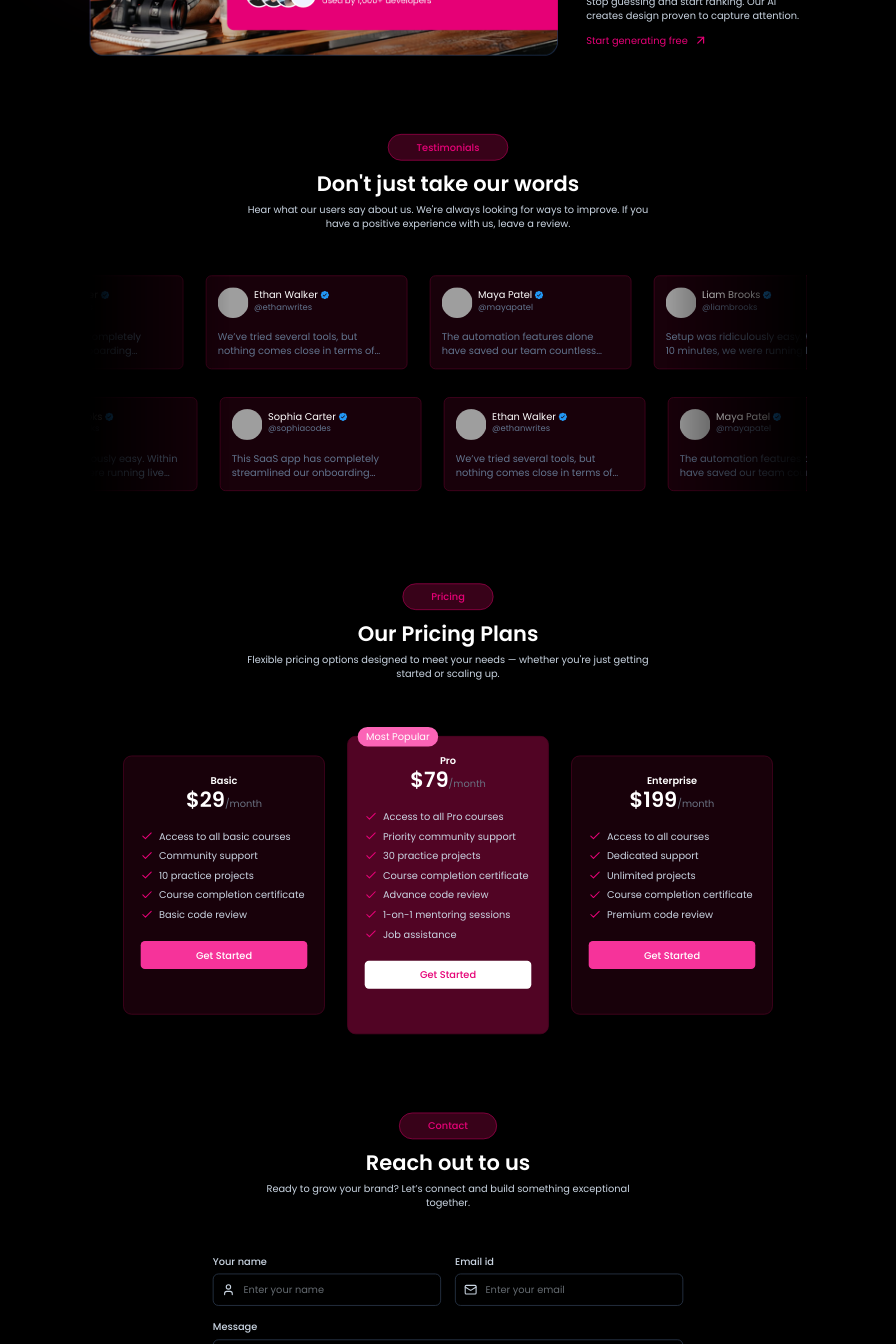
Repository: abhiraj33181/Thumblify
Page: / (app in client/)
An editor plug-in stored every save of this project. The page is shown before and after the next save, followed by the edit.
The browser window is 1280 px wide. The pictures show the part of the page from y = 2518 to 4438 px (the page is 5422 px tall before and 5402 px after), at 70% of full size.
Pictures or frames that could not be fetched are drawn as grey boxes. The project was rebuilt for these pictures with package versions that can differ from the ones it lists, and the page was loaded fresh each time. Also part of the build but not shown: client/vite.config.ts.

Above is the page before, as saved 2026-01-08 09:44:02.

### client/index.html
<!doctype html>
<html lang="en">

<head>
    <meta charset="UTF-8" />
    <link rel="icon" href="/favicon.svg" type="image/x-icon" />
    <meta name="viewport" content="width=device-width, initial-scale=1.0" />
    <title>Thumblify - AI Thumbnail Generator</title>
</head>

<body>
    <div id="root"></div>
    <script type="module" src="/src/main.jsx"></script>
</body>

</html>

### client/src/main.tsx
import { createRoot } from 'react-dom/client'
import App from './App.js'
import { BrowserRouter } from 'react-router-dom'

createRoot(document.getElementById('root')!).render(
    <BrowserRouter>
        <App />
    </BrowserRouter>,
)

### client/src/App.tsx
import { Route, Routes } from "react-router-dom";
import HomePage from "./pages/HomePage";
import Navbar from "./components/Navbar";
import Footer from "./components/Footer";
import "./globals.css";
import LenisScroll from "./components/LenisScroll";

export default function App() {
    return (
        <>
            <LenisScroll />
            <Navbar />
            <Routes>
                <Route path="/" element={<HomePage />} />
            </Routes>
            <Footer />
        </>
    );
}

### client/src/pages/HomePage.tsx
import HeroSection from "../sections/HeroSection";
import FeaturesSection from "../sections/FeaturesSection";
import TestimonialSection from "../sections/TestimonialSection";
import PricingSection from "../sections/PricingSection";
import ContactSection from "../sections/ContactSection";
import CTASection from "../sections/CTASection";

export default function HomePage() {
    return (
        <>
            <HeroSection />
            <FeaturesSection />
            <TestimonialSection />
            <PricingSection />
            <ContactSection />
            <CTASection />
        </>
    );
}

### client/src/globals.css
@import url('https://fonts.googleapis.com/css2?family=Poppins:ital,wght@0,100;0,200;0,300;0,400;0,500;0,600;0,700;0,800;0,900;1,100;1,200;1,300;1,400;1,500;1,600;1,700;1,800;1,900&display=swap');
@import "tailwindcss";

@theme {
    --font-poppins: "Poppins", sans-serif;
}

body {
    @apply bg-black text-white text-sm antialiased font-poppins;
}

body::selection {
    @apply bg-pink-600 text-white;
}

button {
    @apply cursor-pointer;
}

.move-gradient {
    background-image: linear-gradient(to right, var(--color-pink-500), var(--color-pink-300));
    background-size: 200% 100%;
    animation: movegradient 5s infinite;
}

@keyframes movegradient {
    0% {
        background-position: 0% 50%;
    }
    50% {
        background-position: 100% 50%;
    }
    100% {
        background-position: 0% 50%;
    }
}

### client/src/components/LenisScroll.tsx
import { useEffect } from "react";
import Lenis from "lenis";

export default function LenisScroll() {
    useEffect(() => {
        const lenis = new Lenis({
            duration: 1.2,
            smoothWheel: true,
            anchors: {
                offset: -100,
            },
        });

        const raf = (time: number) => {
            lenis.raf(time);
            requestAnimationFrame(raf);
        };

        requestAnimationFrame(raf);

        return () => {
            lenis.destroy();
        };
    }, []);

    return null;
}

### client/src/sections/TestimonialSection.tsx
import SectionTitle from "../components/SectionTitle";
import TestimonialCard from "../components/TestimonialCard";
import { testimonialsData } from "../data/testimonial";
import type { ITestimonial } from "../types";
import Marquee from "react-fast-marquee";

export default function TestimonialSection() {
    return (
        <div id="testimonials" className="px-4 md:px-16 lg:px-24 xl:px-32">
            <SectionTitle text1="Testimonials" text2="Don't just take our words" text3="Hear what our users say about us. We're always looking for ways to improve. If you have a positive experience with us, leave a review." />

            <Marquee className="max-w-5xl mx-auto mt-11" gradient={true} speed={25} gradientColor="#000">
                <div className="flex items-center justify-center py-5 overflow-hidden">
                    {[...testimonialsData, ...testimonialsData].map((testimonial: ITestimonial, index: number) => (
                        <TestimonialCard key={index} index={index} testimonial={testimonial} />
                    ))}
                </div>
            </Marquee>
            <Marquee className="max-w-5xl mx-auto" gradient={true} speed={25} direction="right" gradientColor="#000">
                <div className="flex items-center justify-center py-5 overflow-hidden">
                    {[...testimonialsData, ...testimonialsData].map((testimonial: ITestimonial, index: number) => (
                        <TestimonialCard key={index} index={index} testimonial={testimonial} />
                    ))}
                </div>
            </Marquee>

        </div>
    );
}

### client/src/sections/PricingSection.tsx
'use client'
import SectionTitle from "../components/SectionTitle"
import { pricingData } from "../data/pricing";
import type { IPricing } from "../types";
import { CheckIcon } from "lucide-react";
import { motion } from "motion/react";

export default function PricingSection() {
    return (
        <div id="pricing" className="px-4 md:px-16 lg:px-24 xl:px-32">
            <SectionTitle text1="Pricing" text2="Our Pricing Plans" text3="Flexible pricing options designed to meet your needs — whether you're just getting started or scaling up." />

            <div className="flex flex-wrap items-center justify-center gap-8 mt-20">
                {pricingData.map((plan: IPricing, index: number) => (
                    <motion.div key={index} className={`w-72 text-center border border-pink-950 p-6 pb-16 rounded-xl ${plan.mostPopular ? 'bg-pink-950 relative' : 'bg-pink-950/30'}`}
                        initial={{ y: 150, opacity: 0 }}
                        whileInView={{ y: 0, opacity: 1 }}
                        viewport={{ once: true }}
                        transition={{ delay: index * 0.15, type: "spring", stiffness: 320, damping: 70, mass: 1 }}
                    >
                        {plan.mostPopular && (
                            <p className="absolute px-3 text-sm -top-3.5 left-3.5 py-1 bg-pink-400 rounded-full">Most Popular</p>
                        )}
                        <p className="font-semibold">{plan.name}</p>
                        <h1 className="text-3xl font-semibold">${plan.price}<span className="text-gray-500 font-normal text-sm">/{plan.period}</span></h1>
                        <ul className="list-none text-slate-300 mt-6 space-y-2">
                            {plan.features.map((feature, index) => (
                                <li key={index} className="flex items-center gap-2">
                                    <CheckIcon className="size-4.5 text-pink-600" />
                                    <p>{feature}</p>
                                </li>
                            ))}
                        </ul>
                        <button type="button" className={`w-full py-2.5 rounded-md font-medium mt-7 transition-all ${plan.mostPopular ? 'bg-white text-pink-600 hover:bg-slate-200' : 'bg-pink-500 hover:bg-pink-600'}`}>
                            Get Started
                        </button>
                    </motion.div>
                ))}
            </div>
        </div>
    );
}

### client/src/sections/CTASection.tsx
'use client'
import { motion } from "motion/react";

export default function CTASection() {
    return (
        <motion.div className="max-w-5xl py-16 mt-40 md:pl-20 md:w-full max-md:mx-4 md:mx-auto flex flex-col md:flex-row max-md:gap-6 items-center justify-between text-left bg-linear-to-b from-pink-900 to-pink-950 rounded-2xl p-6 text-white"
            initial={{ y: 150, opacity: 0 }}
            whileInView={{ y: 0, opacity: 1 }}
            viewport={{ once: true }}
            transition={{ type: "spring", stiffness: 320, damping: 70, mass: 1 }}
        >
            <div>
                <motion.h1 className="text-4xl md:text-[46px] md:leading-15 font-semibold bg-linear-to-r from-white to-pink-400 text-transparent bg-clip-text"
                    initial={{ y: 80, opacity: 0 }}
                    whileInView={{ y: 0, opacity: 1 }}
                    viewport={{ once: true }}
                    transition={{ type: "spring", stiffness: 280, damping: 70, mass: 1 }}
                >
                    Ready to try-out this app?
                </motion.h1>
                <motion.p className="bg-linear-to-r from-white to-pink-400 text-transparent bg-clip-text text-lg"
                    initial={{ y: 80, opacity: 0 }}
                    whileInView={{ y: 0, opacity: 1 }}
                    viewport={{ once: true }}
                    transition={{ type: "spring", stiffness: 200, damping: 70, mass: 1 }}
                >
                    Your next favourite tool is just one click away.
                </motion.p>
            </div>
            <motion.button className="px-12 py-3 text-slate-800 bg-white hover:bg-slate-200 rounded-full text-sm mt-4"
                initial={{ y: 80, opacity: 0 }}
                whileInView={{ y: 0, opacity: 1 }}
                viewport={{ once: true }}
                transition={{ type: "spring", stiffness: 280, damping: 70, mass: 1 }}
            >
                Get Started
            </motion.button>
        </motion.div>
    );
}

### client/src/data/footer.ts
import type { IFooter } from "../types";

export const footerData: IFooter[] = [
    {
        title: "Product",
        links: [
            { name: "Home", href: "#" },
            { name: "Support", href: "#support" },
            { name: "Pricing", href: "#pricing" },
            { name: "Affiliate", href: "#affiliate" },
        ]
    },
    {
        title: "Resources",
        links: [
            { name: "Company", href: "#company" },
            { name: "Blogs", href: "#blogs" },
            { name: "Community", href: "#community" },
            { name: "Careers", href: "#careers" },
            { name: "About", href: "#about" },
        ]
    },
    {
        title: "Legal",
        links: [
            { name: "Privacy", href: "#privacy" },
            { name: "Terms", href: "#terms" },
        ]
    }
];

### client/src/components/TiltImage.tsx
import { useRef, useState } from 'react';
import { motion, useMotionValue, useSpring } from 'motion/react';

const springValues = {
    damping: 30,
    stiffness: 100,
    mass: 2
};

export default function TiltedImage({ rotateAmplitude = 3, }) {
    const ref = useRef<HTMLDivElement>(null);
    const x = useMotionValue(0);
    const y = useMotionValue(0);
    const rotateX = useSpring(useMotionValue(0), springValues);
    const rotateY = useSpring(useMotionValue(0), springValues);
    const rotateFigcaption = useSpring(0, { stiffness: 350, damping: 30, mass: 1 });

    const [lastY, setLastY] = useState(0);

    function handleMouse(e: any) {
        if (!ref.current) return;

        const rect = ref.current.getBoundingClientRect();
        const offsetX = e.clientX - rect.left - rect.width / 2;
        const offsetY = e.clientY - rect.top - rect.height / 2;

        const rotationX = (offsetY / (rect.height / 2)) * -rotateAmplitude;
        const rotationY = (offsetX / (rect.width / 2)) * rotateAmplitude;

        rotateX.set(rotationX);
        rotateY.set(rotationY);

        x.set(e.clientX - rect.left);
        y.set(e.clientY - rect.top);

        const velocityY = offsetY - lastY;
        rotateFigcaption.set(-velocityY * 0.6);
        setLastY(offsetY);
    }

    function handleMouseLeave() {
        rotateX.set(0);
        rotateY.set(0);
        rotateFigcaption.set(0);
    }

    return (
        <motion.figure ref={ref} className="relative w-full h-full perspective-midrange mt-16 max-w-4xl mx-auto flex flex-col items-center justify-center" onMouseMove={handleMouse} onMouseLeave={handleMouseLeave}
            initial={{ y: 150, opacity: 0 }}
            whileInView={{ y: 0, opacity: 1 }}
            viewport={{ once: true }}
            transition={{ type: "spring", stiffness: 320, damping: 70, mass: 1 }}
        >
            <motion.div className="relative transform-3d w-full max-w-4xl" style={{ rotateX, rotateY }} >
                <motion.img src="/hero_img.png"
                    className="borderb bg-linear-180 from-pink-500 to transparent p-1 w-full rounded-[15px] will-change-transform transform-[translateZ(0)]"
                    alt="hero section showcase"
                />
            </motion.div>
        </motion.figure>
    );
}

### client/src/components/SectionTitle.tsx
import type { SectionTitleProps } from "../types";
import { motion } from "motion/react";

export default function SectionTitle({ text1, text2, text3 }: SectionTitleProps) {
    return (
        <>
            <motion.p className="text-center font-medium text-pink-600 mt-28 px-10 py-2 rounded-full bg-pink-950/70 border border-pink-800 w-max mx-auto"
                initial={{ y: 120, opacity: 0 }}
                whileInView={{ y: 0, opacity: 1 }}
                viewport={{ once: true }}
                transition={{ type: "spring", stiffness: 320, damping: 70, mass: 1 }}
            >
                {text1}
            </motion.p>
            <motion.h3 className="text-3xl font-semibold text-center mx-auto mt-4"
                initial={{ y: 120, opacity: 0 }}
                whileInView={{ y: 0, opacity: 1 }}
                viewport={{ once: true }}
                transition={{ type: "spring", stiffness: 280, damping: 70, mass: 1 }}
            >
                {text2}
            </motion.h3>
            <motion.p className="text-slate-300 text-center mt-2 max-w-xl mx-auto"
                initial={{ y: 120, opacity: 0 }}
                whileInView={{ y: 0, opacity: 1 }}
                viewport={{ once: true }}
                transition={{ type: "spring", stiffness: 240, damping: 70, mass: 1 }}
            >
                {text3}
            </motion.p>
        </>
    );
}

### client/src/data/features.tsx
import type { IFeature } from "../types";

export const featuresData: IFeature[] = [
    {
        icon: "/assets/zap-icon.svg",
        title: "Smart Analysis",
        description: "Our AI analyzes video content to suggest the most clickable concepts.",
    },
    {
        icon: "/assets/thumb-icon.svg",
        title: "Eye-Catching Designs",
        description: "Generate vibrant, high-contrast thumbnails that stand out in the feed.",
    },
    {
        icon: "/assets/shape-icon.svg",
        title: "Fully Editable",
        description: "Get fully layered designs you can tweak to perfection if needed.",
    },
];

### client/src/components/TestimonialCard.tsx
import { motion } from "motion/react";
import type { TestimonialCardProps } from "../types";

export default function TestimonialCard({ testimonial, index }: TestimonialCardProps) {
    return (
        <motion.div className="p-4 rounded-lg mx-4 w-72 shrink-0 bg-pink-950/30 border border-pink-950"
            initial={{ y: 150, opacity: 0 }}
            whileInView={{ y: 0, opacity: 1 }}
            viewport={{ once: true }}
            transition={{ delay: index * 0.15, type: "spring", stiffness: 320, damping: 70, mass: 1 }}
        >
            <div className="flex gap-2">
                <img className="size-11 rounded-full" src={testimonial.image} alt={testimonial.name} height={50} width={50} />
                <div className="flex flex-col">
                    <div className="flex items-center gap-1">
                        <p>{testimonial.name}</p>
                        <svg className="mt-0.5" width="12" height="12" viewBox="0 0 12 12" fill="none" xmlns="http://www.w3.org/2000/svg">
                            <path fillRule="evenodd" clipRule="evenodd" d="M4.555.72a4 4 0 0 1-.297.24c-.179.12-.38.202-.59.244a4 4 0 0 1-.38.041c-.48.039-.721.058-.922.129a1.63 1.63 0 0 0-.992.992c-.071.2-.09.441-.129.922a4 4 0 0 1-.041.38 1.6 1.6 0 0 1-.245.59 3 3 0 0 1-.239.297c-.313.368-.47.551-.56.743-.213.444-.213.96 0 1.404.09.192.247.375.56.743.125.146.187.219.24.297.12.179.202.38.244.59.018.093.026.189.041.38.039.48.058.721.129.922.163.464.528.829.992.992.2.071.441.09.922.129.191.015.287.023.38.041.21.042.411.125.59.245.078.052.151.114.297.239.368.313.551.47.743.56.444.213.96.213 1.404 0 .192-.09.375-.247.743-.56.146-.125.219-.187.297-.24.179-.12.38-.202.59-.244a4 4 0 0 1 .38-.041c.48-.039.721-.058.922-.129.464-.163.829-.528.992-.992.071-.2.09-.441.129-.922a4 4 0 0 1 .041-.38c.042-.21.125-.411.245-.59.052-.078.114-.151.239-.297.313-.368.47-.551.56-.743.213-.444.213-.96 0-1.404-.09-.192-.247-.375-.56-.743a4 4 0 0 1-.24-.297 1.6 1.6 0 0 1-.244-.59 3 3 0 0 1-.041-.38c-.039-.48-.058-.721-.129-.922a1.63 1.63 0 0 0-.992-.992c-.2-.071-.441-.09-.922-.129a4 4 0 0 1-.38-.041 1.6 1.6 0 0 1-.59-.245A3 3 0 0 1 7.445.72C7.077.407 6.894.25 6.702.16a1.63 1.63 0 0 0-1.404 0c-.192.09-.375.247-.743.56m4.07 3.998a.488.488 0 0 0-.691-.69l-2.91 2.91-.958-.957a.488.488 0 0 0-.69.69l1.302 1.302c.19.191.5.191.69 0z" fill="#2196F3" />
                        </svg>
                    </div>
                    <span className="text-xs text-slate-500">{testimonial.handle}</span>
                </div>
            </div>
            <p className="text-sm pt-4 text-slate-500 line-clamp-2">
                {testimonial.quote}
            </p>
        </motion.div>
    );
}

### client/src/data/testimonial.ts
import type { ITestimonial } from "../types";

export const testimonialsData: ITestimonial[] = [
    {
        image: 'https://images.unsplash.com/photo-1633332755192-727a05c4013d?q=80&w=200',
        name: 'Sophia Carter',
        handle: '@sophiacodes',
        date: 'February 14, 2025',
        quote: 'This SaaS app has completely streamlined our onboarding process. What used to take hours now takes minutes!',
    },
    {
        image: 'https://images.unsplash.com/photo-1535713875002-d1d0cf377fde?q=80&w=200',
        name: 'Ethan Walker',
        handle: '@ethanwrites',
        date: 'March 3, 2025',
        quote: 'We’ve tried several tools, but nothing comes close in terms of speed and simplicity. Absolute game-changer.',
    },
    {
        image: 'https://images.unsplash.com/photo-1527980965255-d3b416303d12?w=200&auto=format&fit=crop&q=60',
        name: 'Maya Patel',
        handle: '@mayapatel',
        date: 'April 22, 2025',
        quote: 'The automation features alone have saved our team countless hours every week. Worth every penny.',
    },
    {
        image: 'https://images.unsplash.com/photo-1522075469751-3a6694fb2f61?w=200&auto=format&fit=crop&q=60',
        name: 'Liam Brooks',
        handle: '@liambrooks',
        date: 'May 18, 2025',
        quote: 'Setup was ridiculously easy. Within 10 minutes, we were running live and onboarding our first customers.',
    },
];

### client/src/data/pricing.ts
import type { IPricing } from "../types";

export const pricingData: IPricing[] = [
    {
        name: "Basic",
        price: 29,
        period: "month",
        features: [
            "Access to all basic courses",
            "Community support",
            "10 practice projects",
            "Course completion certificate",
            "Basic code review"
        ],
        mostPopular: false
    },
    {
        name: "Pro",
        price: 79,
        period: "month",
        features: [
            "Access to all Pro courses",
            "Priority community support",
            "30 practice projects",
            "Course completion certificate",
            "Advance code review",
            "1-on-1 mentoring sessions",
            "Job assistance"
        ],
        mostPopular: true
    },
    {
        name: "Enterprise",
        price: 199,
        period: "month",
        features: [
            "Access to all courses",
            "Dedicated support",
            "Unlimited projects",
            "Course completion certificate",
            "Premium code review"
        ],
        mostPopular: false
    }
];

Loaded but not shown: client/src/sections/FeaturesSection.tsx (69 lines, source omitted); client/src/sections/HeroSection.tsx (79 lines, source omitted); client/src/components/Footer.tsx (59 lines, source omitted); client/src/sections/ContactSection.tsx (59 lines, source omitted); client/src/components/Navbar.tsx (52 lines, source omitted)

After the next save:
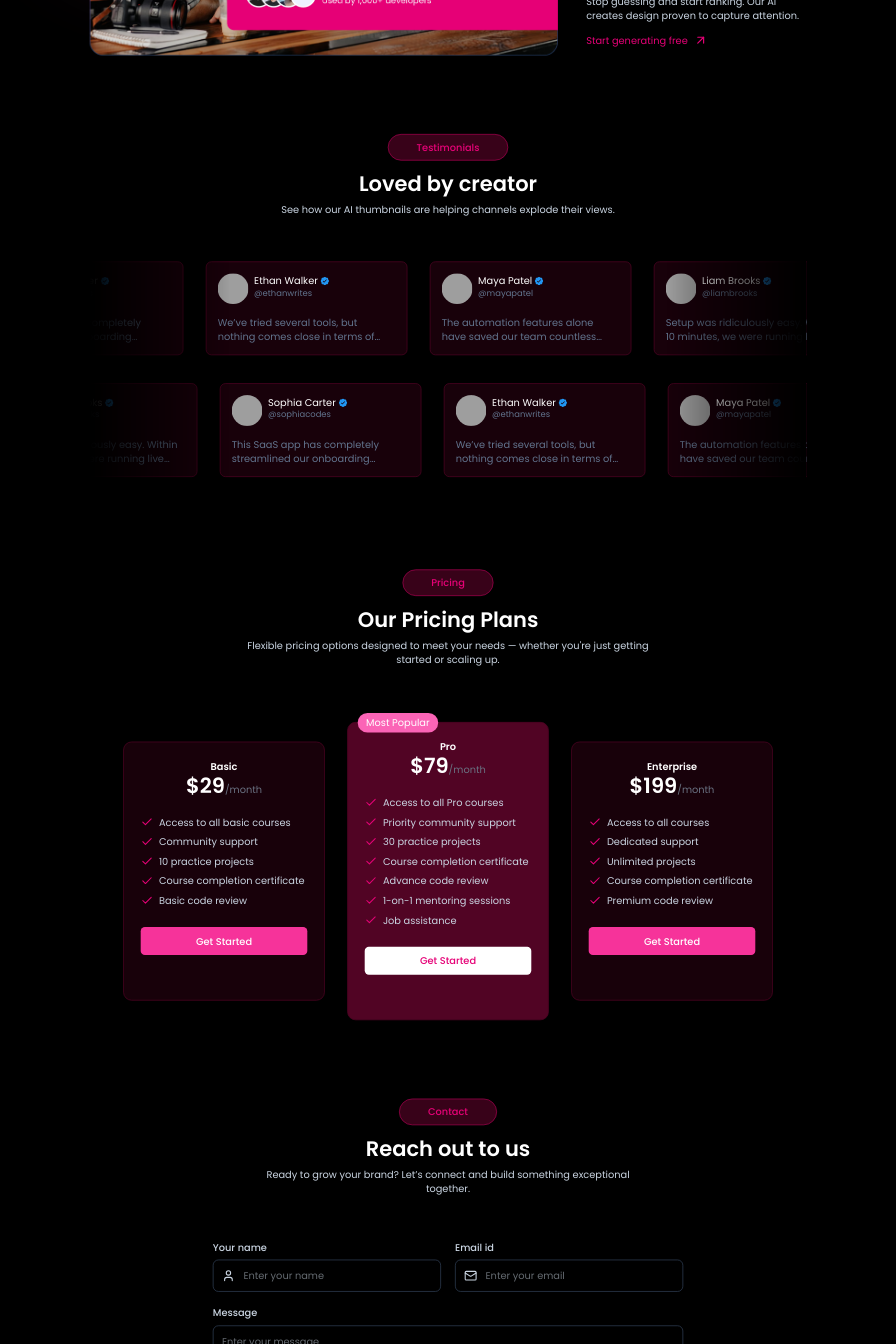
Saved 2 min 7 s later.
--- a/client/src/sections/TestimonialSection.tsx
+++ b/client/src/sections/TestimonialSection.tsx
@@ -7,7 +7,7 @@ import Marquee from "react-fast-marquee";
 export default function TestimonialSection() {
     return (
         <div id="testimonials" className="px-4 md:px-16 lg:px-24 xl:px-32">
-            <SectionTitle text1="Testimonials" text2="Don't just take our words" text3="Hear what our users say about us. We're always looking for ways to improve. If you have a positive experience with us, leave a review." />
+            <SectionTitle text1="Testimonials" text2="Loved by creator" text3="See how our AI thumbnails are helping channels explode their views." />
 
             <Marquee className="max-w-5xl mx-auto mt-11" gradient={true} speed={25} gradientColor="#000">
                 <div className="flex items-center justify-center py-5 overflow-hidden">
